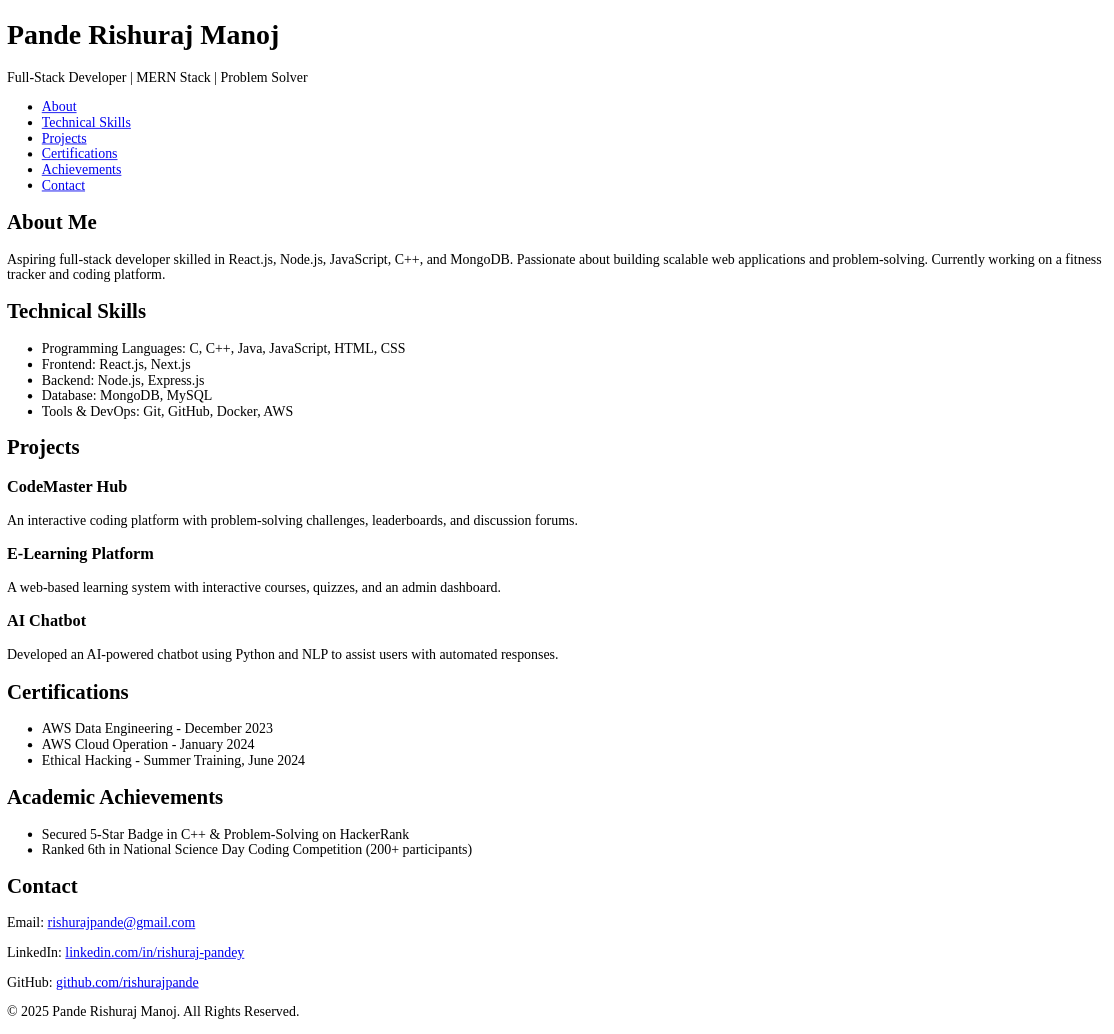
Repository: Rishuraj-Pandey/portfolio
Page: index.html
An editor plug-in stored every save of this project. The page is shown before and after the next save, followed by the edit.
The browser window is 1280 px wide. The pictures show the whole page, at 87% of full size.

Above is the page before, as saved 2025-03-22 00:58:28.
Not found: styles.css

After the next save:
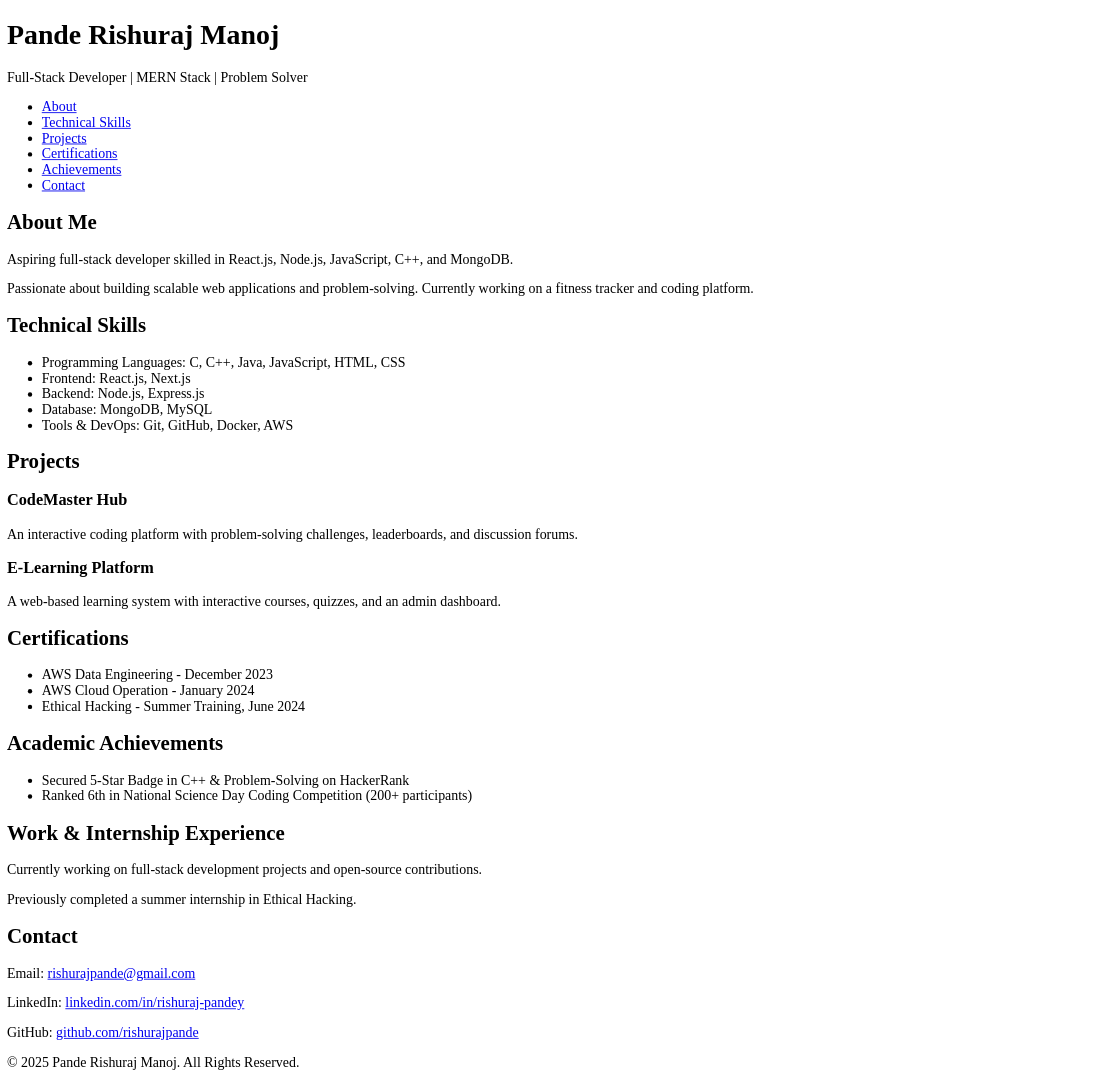
Saved 2 min 27 s later.
--- a/index.html
+++ b/index.html
@@ -25,8 +25,8 @@
 
     <section class="about" id="about">
         <h2>About Me</h2>
-        <p>Aspiring full-stack developer skilled in React.js, Node.js, JavaScript, C++, and MongoDB.
-        Passionate about building scalable web applications and problem-solving. Currently working on a fitness tracker and coding platform.</p>
+        <p>Aspiring full-stack developer skilled in React.js, Node.js, JavaScript, C++, and MongoDB.</p>
+        <p>Passionate about building scalable web applications and problem-solving. Currently working on a fitness tracker and coding platform.</p>
     </section>
 
     <section class="tech" id="tech">
@@ -50,10 +50,6 @@
             <h3>E-Learning Platform</h3>
             <p>A web-based learning system with interactive courses, quizzes, and an admin dashboard.</p>
         </div>
-        <div class="project-card">
-            <h3>AI Chatbot</h3>
-            <p>Developed an AI-powered chatbot using Python and NLP to assist users with automated responses.</p>
-        </div>
     </section>
 
     <section class="certifications" id="certifications">
@@ -73,6 +69,12 @@
         </ul>
     </section>
 
+    <section class="experience" id="experience">
+        <h2>Work & Internship Experience</h2>
+        <p>Currently working on full-stack development projects and open-source contributions.</p>
+        <p>Previously completed a summer internship in Ethical Hacking.</p>
+    </section>
+
     <section class="contact" id="contact">
         <h2>Contact</h2>
         <p>Email: <a href="mailto:rishurajpande@gmail.com">rishurajpande@gmail.com</a></p>
